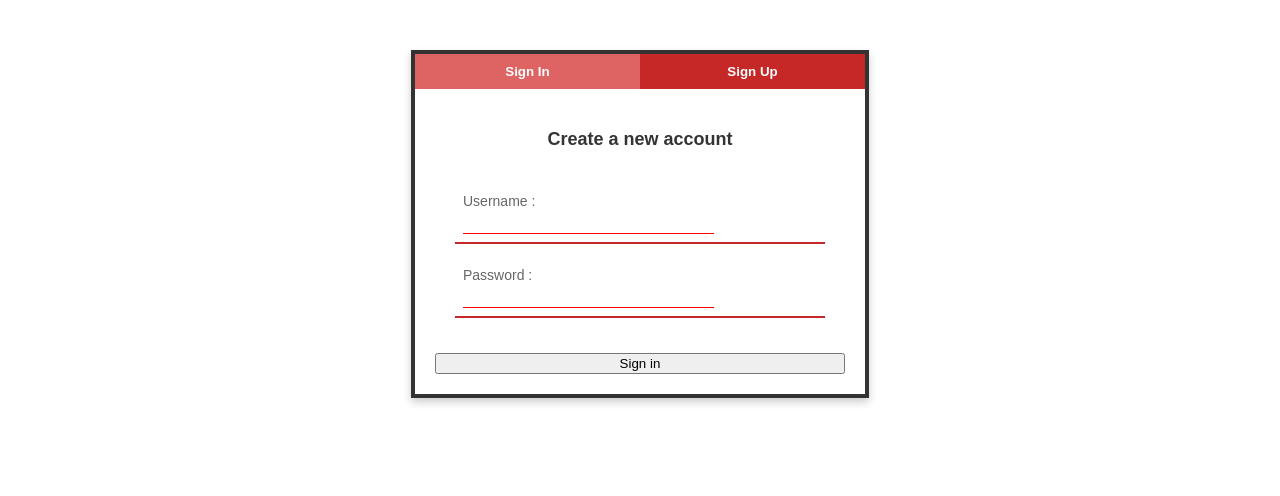
Repository: sebounti/holbertonschool-cinema-guru
Page: / (app in cinema-guru/)
An editor plug-in stored every save of this project. The page is shown before and after a run of saves, followed by the edit.
The browser window is 1280 px wide. The pictures show the whole page.
The project was rebuilt for these pictures with package versions that can differ from the ones it lists, and the page was loaded fresh each time. Also part of the build but not shown: cinema-guru/src/routes/dashboard/dashboard.css, cinema-guru/src/components/navigation/navigation.css, cinema-guru/src/components/navigation/Header.js, cinema-guru/src/components/components.css, cinema-guru/src/components/Activity.js, cinema-guru/src/components/navigation/SideBar.js, cinema-guru/src/components/movies/movies.css, cinema-guru/src/components/movies/MovieCard.js and 9 more.

Above is the page before, as saved 2024-11-02 19:51:16.

After the next 2 saves:
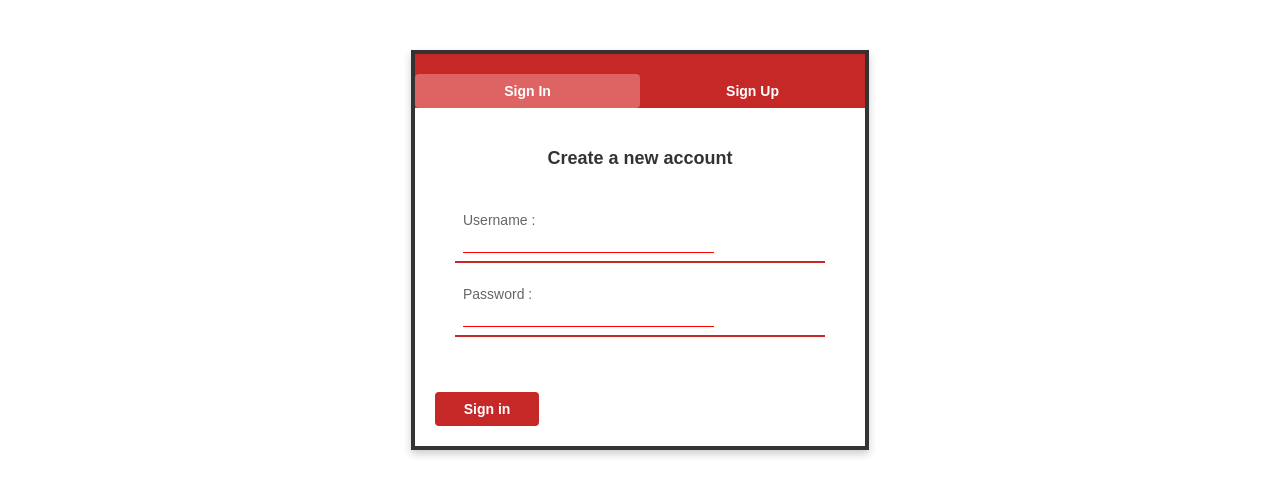
The 2 saves are shown as one change because they came seconds apart.
The last was saved 2 h 36 min later.
--- a/cinema-guru/src/components/general/Button.js
+++ b/cinema-guru/src/components/general/Button.js
@@ -1,14 +1,11 @@
-import React from "react";
 import "./general.css";
 import { FontAwesomeIcon } from "@fortawesome/react-fontawesome";
 
-const Button = ({ label, type = "button", className = "", onClick, icon }) => {
+export default function Button({ label, className, onClick, icon }) {
   return (
-    <button type={type} className={`btn ${className}`} onClick={onClick}>
-      {icon && <FontAwesomeIcon icon={icon} />}
+    <button className={"button " + className} onClick={onClick}>
+      {icon && <FontAwesomeIcon icon={icon} className="button-icon" />}
       {label}
     </button>
   );
-};
-
-export default Button;
+}
